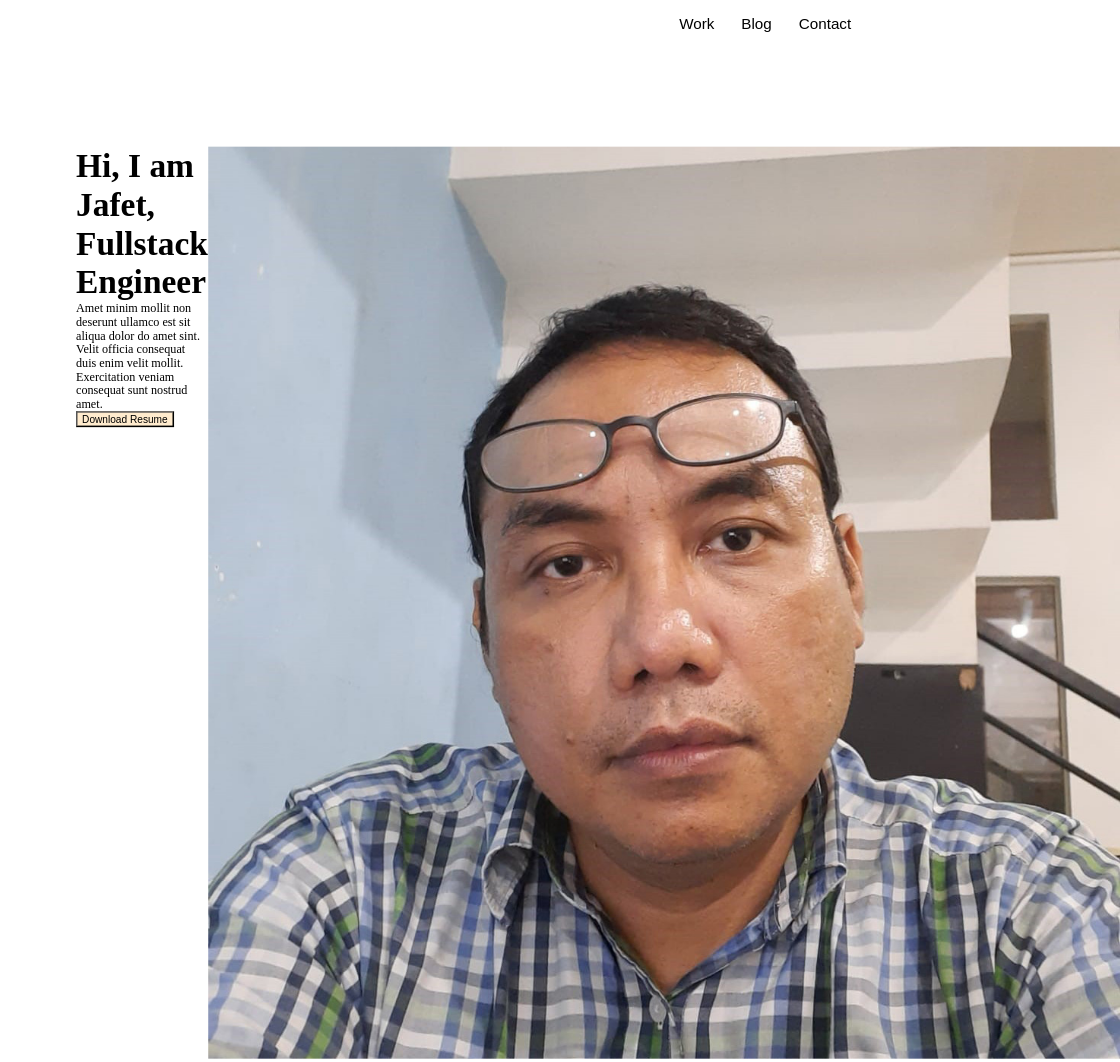
Repository: jafetdn73/portofolio
Page: index.html
These files come from the project's save history. The page is drawn as it stood at one moment and after the next save; the edit follows.
The browser window is 1280 px wide. The page is 1474 px wide, so the pictures cover 1474 px, including what lies to the right of the window. The pictures show the whole page, at 76% of full size.

Above is the page before, as saved 2022-02-21 11:07:06.

After the next save:
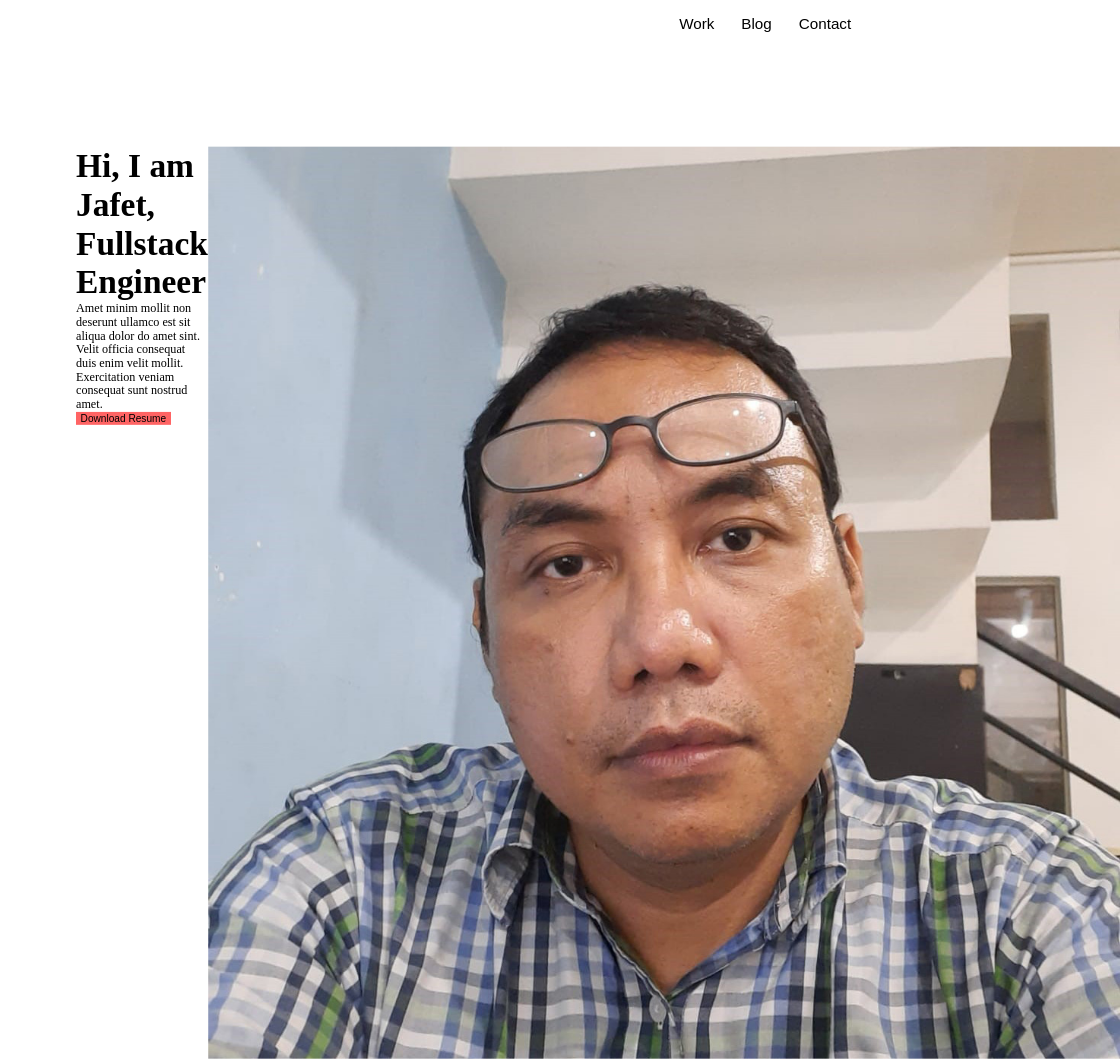
Saved 101 s later.
--- a/figma.css
+++ b/figma.css
@@ -40,5 +40,6 @@
 }
 
 .hero-text button {
-    background-color: blanchedalmond;
+    background-color: #FF6464;
+    border-style: none;
 }
